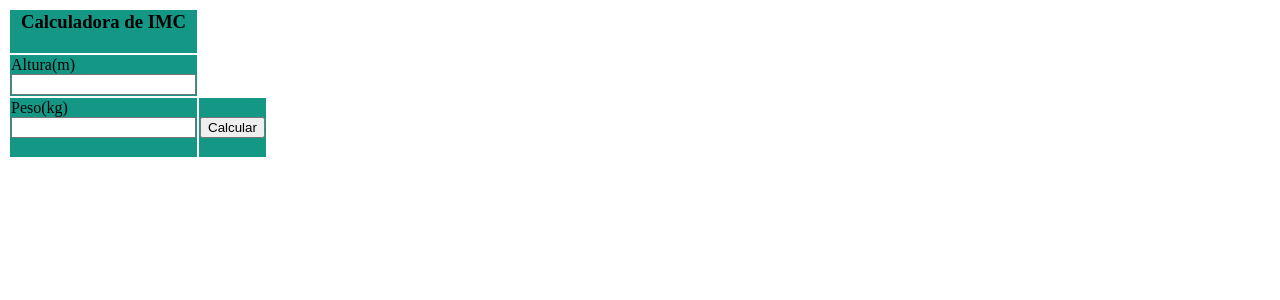
Repository: Patriciamativi/Projetos
Page: index.html
These files come from the project's save history. The page is drawn as it stood at one moment and after the next save; the edit follows.
The browser window is 1280 px wide. The pictures show the whole page.

Above is the page before, as saved 2022-11-21 14:26:51.

After the next save:
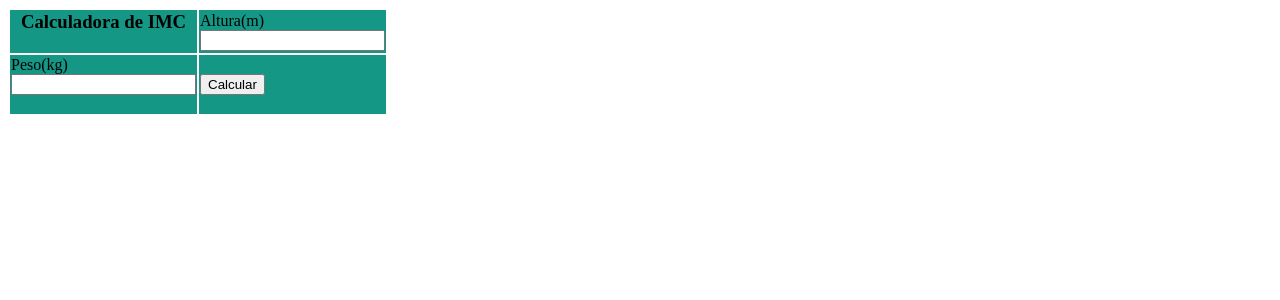
Saved 7 s later.
--- a/index.html
+++ b/index.html
@@ -17,10 +17,10 @@
     <body>
         <div>
         <tr>
-            <th><h3>Calculadora de IMC</h3></th></tr>
+            <th><h3>Calculadora de IMC</h3></th>
 
         <td>Altura(m)<br/>
-            <input type: "number" ></br></td>
+            <input type: "number" ></br></td></tr>
 
         <tr><td>Peso(kg)<br/>
             <input type: "number" > </br></br></td>
